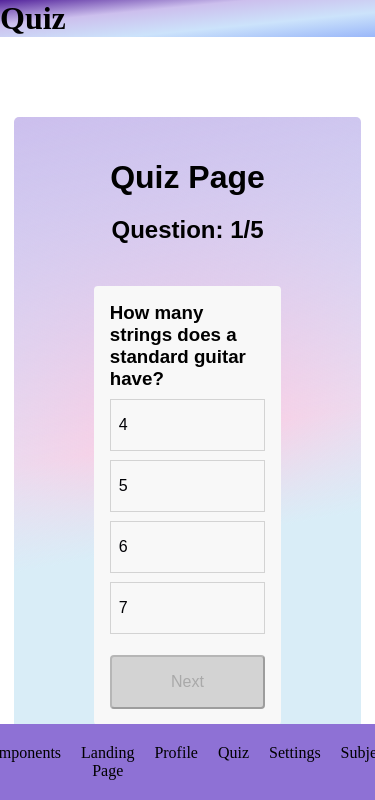
Repository: 1medi/pocketprof
Page: /quiz/page
The author's editor kept a copy of each file at every save. The page is drawn from the files as they stood at one save, then again after the next save.
The browser window is 375 px wide. The pictures show the whole page.
The project was rebuilt for these pictures with package versions that can differ from the ones it lists, and the page was loaded fresh each time. The framework's server and built-in components were replaced by stand-ins that run in the browser. Also part of the build but not shown: next.config.mjs, Components/Buttons/Oscar/Oscar.module.css, Components/Buttons/Oscar/index.js.

Above is the page before, as saved 2024-04-13 19:22:32.

### pages/quiz/page.jsx
'use client';
import React, { useState, useRef, useEffect } from 'react';
import { quiz } from "../data"
import styles from "./page.module.css"
import { Montserrat } from "next/font/google"
import Header from '@/Components/Header';
import NavBar from "@/Components/Navbar"


const notoSans = Montserrat({
  subsets: ['latin'],
});

export default function Page() {
  const [activeQuestion, setActiveQuestion] = useState(0);
  const [selectedAnswer, setSelectedAnswer] = useState('');
  const [checked, setChecked] = useState(false);
  const [selectedAnswerIndex, setSelectedAnswerIndex] = useState(null);
  const [showResult, setShowResult] = useState(false);
  const [result, setResult] = useState({
    score: 0,
    correctAnswers: 0,
    wrongAnswers: 0,
  });

  const nextButtonRef = useRef(null);

  const { questions } = quiz;
  const { answers, correctAnswer } = questions[activeQuestion];

  const onAnswerSelected = (answer, idx, event = null) => {
    if (event && event.type === 'keydown' && (event.key !== 'Enter' && event.key !== ' ')) {
      return;
    }
    setChecked(true);
    setSelectedAnswerIndex(idx);
    if (answer === correctAnswer) {
      setSelectedAnswer(true);
      console.log('true');
    } else {
      setSelectedAnswer(false);
      console.log('false');
    }
  };


  useEffect(() => {
    if (checked && nextButtonRef.current) {
      nextButtonRef.current.focus();
    }
  }, [checked]);

  const nextQuestion = () => {
    setSelectedAnswerIndex(null);
    setResult((prev) =>
      selectedAnswer
        ? {
            ...prev,
            score: prev.score + 5,
            correctAnswers: prev.correctAnswers + 1,
          }
        : {...prev,
            wrongAnswers: prev.wrongAnswers + 1,
          }
    );
    if (activeQuestion !== questions.length - 1) {
      setActiveQuestion((prev) => prev + 1);
    } else {
      setActiveQuestion(0);
      setShowResult(true);
    }
    setChecked(false);
  };

  return (
    <>
    <Header name="Quiz"/>
      <div className={`${styles.container}`}>
      <h1 className={styles.title}>Quiz Page</h1>
      <div>
        <h2 className={styles.activeQ}>
          Question: {activeQuestion + 1}
          <span>/{questions.length}</span>
        </h2>
      </div>
      <div>
        {!showResult ? (
          <div className={styles.quizContainer}>
            <h3 className={styles.question}>{questions[activeQuestion].question}</h3>
            {answers.map((answer, idx) => (
              <li
                key={idx}
                onClick={() => onAnswerSelected(answer, idx)}
                onKeyDown={(event) => onAnswerSelected(answer, idx, event)}
                className={`${styles.answerList} ${selectedAnswerIndex === idx ? styles.itemSelected : styles.itemHover}`}
                tabIndex={0}>
                <span>{answer}</span>
              </li>
            ))}

            <button
              ref={nextButtonRef}
              onClick={nextQuestion}
              className={checked ? styles.btn : styles.btnDisabled}
              tabIndex={2}
              disabled={!checked}>
              {activeQuestion === questions.length - 1 ? 'Finish' : 'Next'}
            </button>
          </div>
        ) : (
          <div className={styles.quizContainer}>
            <h3 className={styles.hthree}>Results</h3>
            <h3 className={styles.hthree}>Overall {(result.score / (questions.length * 5)) * 100}%</h3>
            <p className={styles.paragraph}>
              Total Questions: <span>{questions.length}</span>
            </p>
            <p className={styles.paragraph}>
              Total Score: <span>{result.score}</span>
            </p>
            <p className={styles.paragraph}>
              Correct Answers: <span>{result.correctAnswers}</span>
            </p>
            <p className={styles.paragraph}>
              Wrong Answers: <span>{result.wrongAnswers}</span>
            </p>
            <button className={styles.btn} onClick={() => window.location.reload()}>Restart</button>
          </div>
        )}
      </div>
    </div>
    <NavBar/>
    </>

  );
};

### pages/api/chat-gpt/route.js
import { NextResponse } from "next/server";

export async function POST(request) {
  return NextResponse.json({
    name: "IT WORKS!!!",
  });
}

### styles/globals.css
:root {
background-color: white;
align-content: center;
--main-color-purple: #53239B;
--main-color-lightpurple: #CCBFED;
--secondary-color-blue: #9AB7F9;
--secondary-color-lightblue: #CCE3FB;

--main-font: "mont", sans-serif;


}


* {
    padding: 0;
    margin: 0;
  }

  ol,
  ul {
    list-style: none;
  }

### pages/data.js
export const quiz = {
    totalQuestions: 5,
    questions: [
      {
        id: 1,
        question: 'How many strings does a standard guitar have?',
        answers: ['4', '5', '6', '7'],
        correctAnswer: '6',
      },
      {
        id: 2,
        question: 'Which part of the guitar do you strum or pluck the strings with?',
        answers: ['Headstock', 'Fretboard', 'Body', 'Bridge'],
        correctAnswer: 'Body',
      },
      {
        id: 3,
        question: 'What is a pick used for in playing the guitar?',
        answers: ['Holding the strings down', 'Strumming or plucking the strings', 'Keeping the guitar in tune', 'San Marino'],
        correctAnswer: 'Strumming or plucking the strings',
      },
      {
        id: 4,
        question: 'What is the name of the thickest string on the guitar?',
        answers: ['A string', 'E string', 'D string', 'G string'],
        correctAnswer: 'E string',
      },
      {
        id: 5,
        question: 'Where do you place your fingers to play different notes on the guitar?',
        answers: ['On the body', 'On the headstock', 'On the strings over the fretboard', 'On the tuning pegs'],
        correctAnswer: 'On the strings over the fretboard',
      },
    ],
  };

### pages/quiz/page.module.css
@media only screen and (max-width:430px) {
  .container{
  padding: 2rem 5rem;
  background: linear-gradient(-10deg, #d9edf7 35%, rgba(237, 202, 216, 0) 50%, var(--main-color-lightpurple)), radial-gradient(circle, #ffcae1 0, #daeafc 100%);
  font-family: "Noto", sans-serif;
  max-width: 740px;
  width: 50%;
  margin: auto;
  margin-top: 5em;
  border-radius: 5px;

}

.title,
.activeQ{
  color: black;
  text-align: center;
  padding:10px;
}

.hthree {
  padding-bottom: 2rem;
  color: #000105;
  font-size: 1.8rem;
}

.btn {
  padding: 16px 8px;
  width: 100%;
  margin-top: 12px;
  font-size: 1rem;
  border-radius: 4px;
  cursor: pointer;
  background-color: var(--main-color-purple);
  color: #f8f8f8;
}

.btnDisabled {
  background-color: lightgray;
  padding: 16px 8px;
  width: 100%;
  margin-top: 12px;
  font-size: 1rem;
  border-radius: 4px;
  color: darkgray;

}

.answerList {
  list-style-type: none;
  cursor: pointer;
  margin: 9px 0;
  padding: 16px 8px;
  color: #000105;
  border: 1px solid lightgray;
}

.itemHover:hover {
  background-color: #CCBFED;
  columns: #fff;
}

.itemSelected {
  color: #fff;
  background-color:#8E71D5;
}

.quizContainer {
  background-color: #f8f8f8;
  padding: 1rem;
  margin-top: 2rem;
  border-radius: 4px;
}

.paragraph {
  padding: 8px 0;
}
}

### Components/Header/index.js
import styles from "@/Components/Header/Header.module.css"
import Link from "next/link"

export default function Header({
  name
}){
  return (
    <>
    <header className={styles.header}>
      <h1 className={styles.headerTitle}>{name}</h1>


    </header>
    </>
  )
}

### Components/Navbar/index.js
import styles from "./Navbar.module.css"
import Oscar from "@/Components/Buttons/Oscar"
import Link from "next/link"

export default function NavBar() {
  return (
    <nav className={styles.nav}>
        <div className={styles.navContainer}>
          <ul className={styles.navOptions}>
            <li className={styles.navLink}>
            <Link href={'/Components'} className={styles.navText}>Components </Link>
            </li>
            <li className={styles.navLink}>
            <Link href={'/LandingPage'} className={styles.navText}>Landing Page </Link>
            </li>
            <li className={styles.navLink}>
            <Link href={'/Profile'} className={styles.navText}>Profile </Link>
            </li>
            <li className={styles.navLink}>
            <Link href={'/QuizPage'} className={styles.navText}>Quiz</Link>
            </li>
            <li className={styles.navLink}>
            <Link href={'/Settings'} className={styles.navText}>Settings</Link>
            </li>
            <li className={styles.navLink}>
            <Link href={'/Subjects'} className={styles.navText}>Subjects</Link>
            </li>
          </ul>

        </div>
    </nav>
  )
}

### Components/Header/Header.module.css
.header {
  background: linear-gradient(
    to bottom right,
    var(--main-color-purple),
    var(--main-color-lightpurple),
    var(--secondary-color-lightblue),
    var(--secondary-color-blue)
  );
  max-width: 430px;
  width: 100%;
}

### Components/Navbar/Navbar.module.css
.nav {
  position: fixed;
  bottom: 0;
  left: 0;
  max-width: 430px;
  width: 100%;
  display: flex;
  flex-direction: row;
  background-color:#8E71D5;
  justify-content: center;
}

.buttonContainer{
  padding:10px;

}

.navOptions{
  display: flex;
  flex-direction: row;
  text-align: center;
  justify-content: center;
  padding: 10px;
  text-decoration: none;
}

.navLink{
  padding: 10px;
  border-radius: 10px;
  text-decoration: none;
  list-style: none;
}

.navLink:hover{
  background-color: #CCBFED;
}

.navText{
  text-decoration: none;
  list-style: none;
  color:black;
}

.navText:visited{
  text-decoration: none;
  list-style: none;
  color: black;
}

Loaded but not shown: pages/_app.js (common file); pages/_document.js (common file); pages/api/hello.js (common file); pages/api/askOscar.js (no copy from this time; the picture is the same without it); pages/api/chat.js (no copy from this time; the picture is the same without it); pages/api/image.js (no copy from this time; the picture is the same without it)

After the next save:
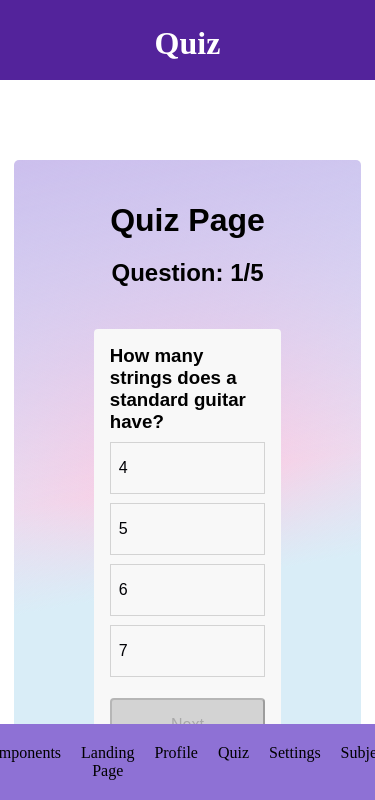
Saved 71 s later.
--- a/Components/Header/Header.module.css
+++ b/Components/Header/Header.module.css
@@ -1,11 +1,17 @@
-.header {
-  background: linear-gradient(
-    to bottom right,
-    var(--main-color-purple),
-    var(--main-color-lightpurple),
-    var(--secondary-color-lightblue),
-    var(--secondary-color-blue)
-  );
-  max-width: 430px;
+@media only screen and (max-width:430px) {
+  .header{
+  background-color: var(--main-color-purple);
   width: 100%;
+  max-height: 300px;
+  height: 5em;
 }
+
+.headerTitle{
+  text-align: center;
+  margin:auto;
+  display: flex;
+  justify-content: center;
+  color: white;
+  padding-top: 25px;
+}
+}
